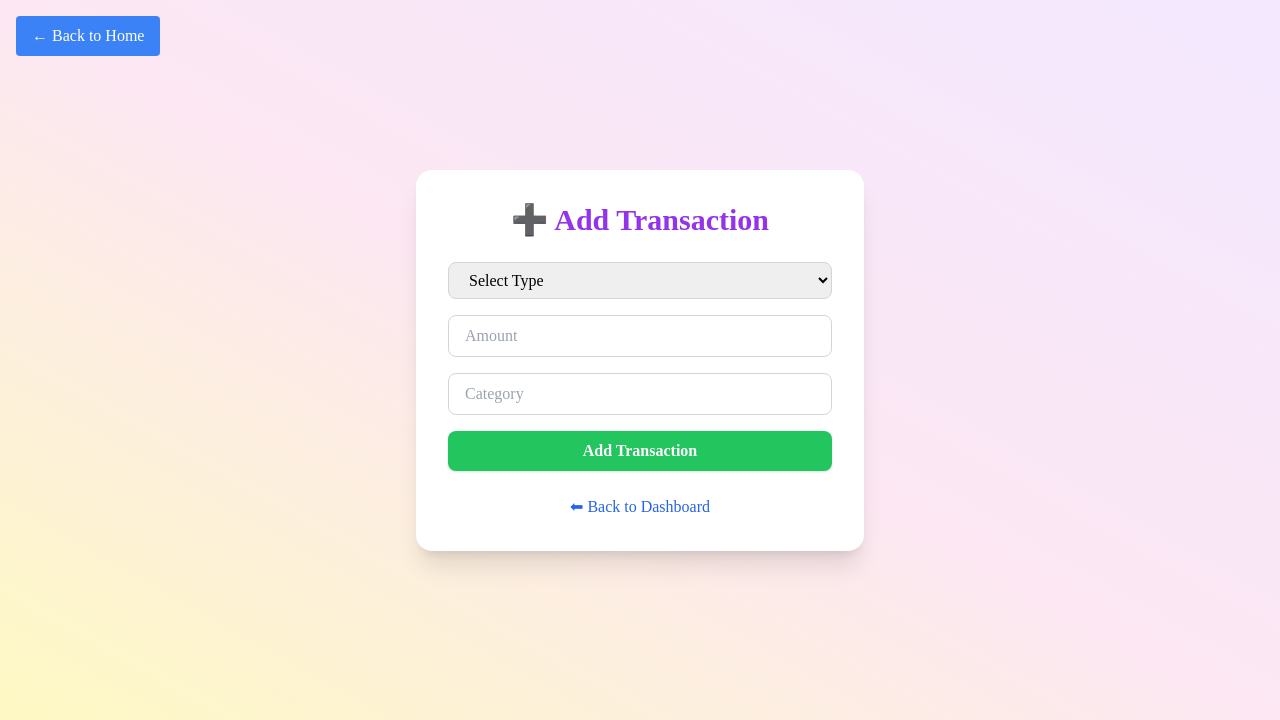
Repository: student-samratojha/ExpenseTrackerApp
Page: http://localhost/add
An editor plug-in stored every save of this project. The page is shown before and after the next save, followed by the edit.
The browser window is 1280 px wide. The pictures show the whole page.
Some web libraries are served in a nearby version. The page is served by the project's Node server (app.js).

Above is the page before, as saved 2025-10-15 19:47:39.

After the next save:
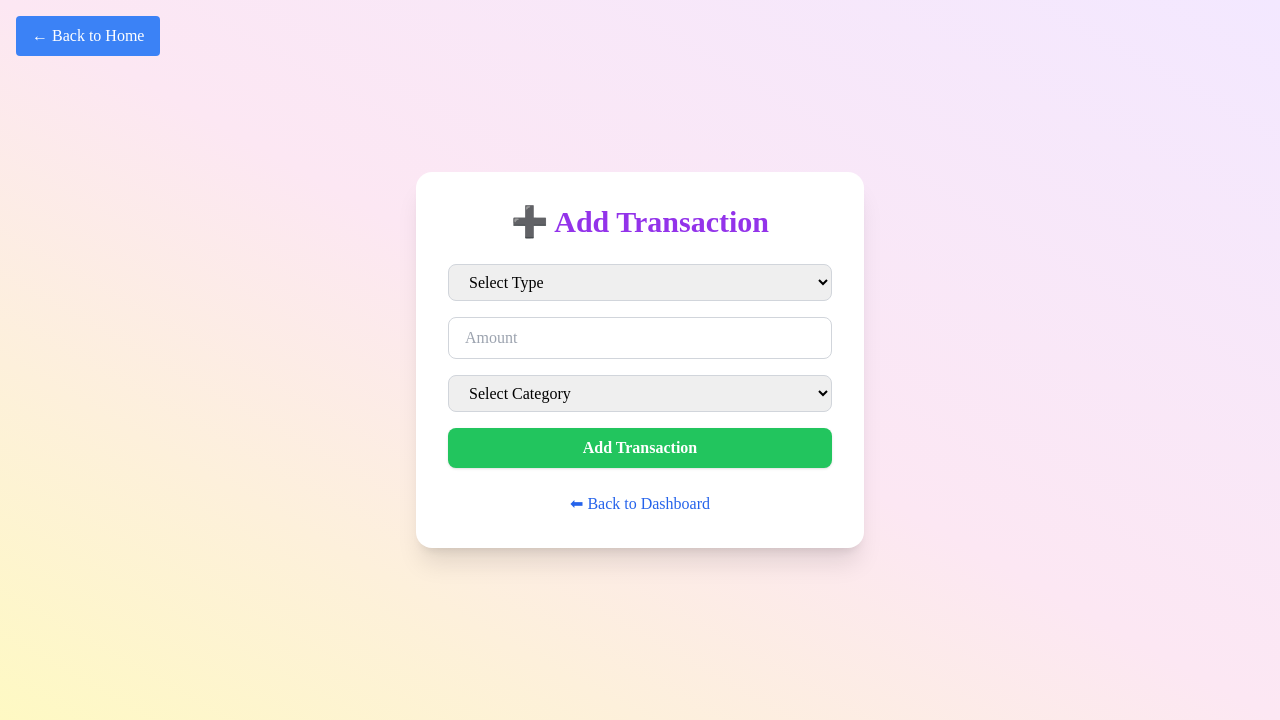
Saved 5 min 8 s later.
--- a/views/add.ejs
+++ b/views/add.ejs
@@ -13,26 +13,57 @@
   <div class="bg-white shadow-xl rounded-2xl p-8 max-w-md w-full text-center">
     <h2 class="text-3xl font-bold text-purple-600 mb-6">➕ Add Transaction</h2>
 
-    <form action="/add" method="POST" class="space-y-4">
-<select name="type" required
-        class="w-full px-4 py-2 border border-gray-300 rounded-lg focus:outline-none focus:ring-2 focus:ring-pink-400">
-        <option value="">Select Type</option>
-        <option value="income">Income</option>
-        <option value="expense">Expense</option>
-      </select>
-      <input type="number" name="amount" placeholder="Amount" required
-        class="w-full px-4 py-2 border border-gray-300 rounded-lg focus:outline-none focus:ring-2 focus:ring-pink-400" />
+<form action="/add" method="POST" class="space-y-4">
+  <!-- Type Selector -->
+  <select name="type" id="type" required
+    class="w-full px-4 py-2 border border-gray-300 rounded-lg focus:outline-none focus:ring-2 focus:ring-pink-400">
+    <option value="">Select Type</option>
+    <option value="income">Income</option>
+    <option value="expense">Expense</option>
+  </select>
 
+  <!-- Amount Input -->
+  <input type="number" name="amount" placeholder="Amount" required
+    class="w-full px-4 py-2 border border-gray-300 rounded-lg focus:outline-none focus:ring-2 focus:ring-pink-400" />
 
+  <!-- Category Selector -->
+  <select name="category" id="category" required
+    class="w-full px-4 py-2 border border-gray-300 rounded-lg focus:outline-none focus:ring-2 focus:ring-pink-400">
+    <option value="">Select Category</option>
+  </select>
 
-      <input type="text" name="category" placeholder="Category" required
-        class="w-full px-4 py-2 border border-gray-300 rounded-lg focus:outline-none focus:ring-2 focus:ring-pink-400" />
+  <!-- Submit Button -->
+  <button type="submit"
+    class="w-full bg-green-500 text-white font-semibold py-2 px-4 rounded-lg shadow hover:bg-green-600 transition">
+    Add Transaction
+  </button>
+</form>
 
-      <button type="submit"
-        class="w-full bg-green-500 text-white font-semibold py-2 px-4 rounded-lg shadow hover:bg-green-600 transition">
-        Add Transaction
-      </button>
-    </form>
+<!-- JS for dynamic categories -->
+<script>
+  const typeSelect = document.getElementById("type");
+  const categorySelect = document.getElementById("category");
+
+  const categories = {
+    income: ["Salary", "Gift", "Bonus", "Overtime", "Others"],
+    expense: ["Electronics", "Furniture", "Decorations", "Cloths", "Car", "Bike", "Others"]
+  };
+
+  typeSelect.addEventListener("change", () => {
+    const selectedType = typeSelect.value;
+    categorySelect.innerHTML = '<option value="">Select Category</option>'; // reset options
+
+    if (categories[selectedType]) {
+      categories[selectedType].forEach(cat => {
+        const option = document.createElement("option");
+        option.value = cat.toLowerCase();
+        option.textContent = cat;
+        categorySelect.appendChild(option);
+      });
+    }
+  });
+</script>
+
 
     <a href="/dashboard"
       class="inline-block mt-6 text-blue-600 hover:underline hover:text-blue-800 transition">
